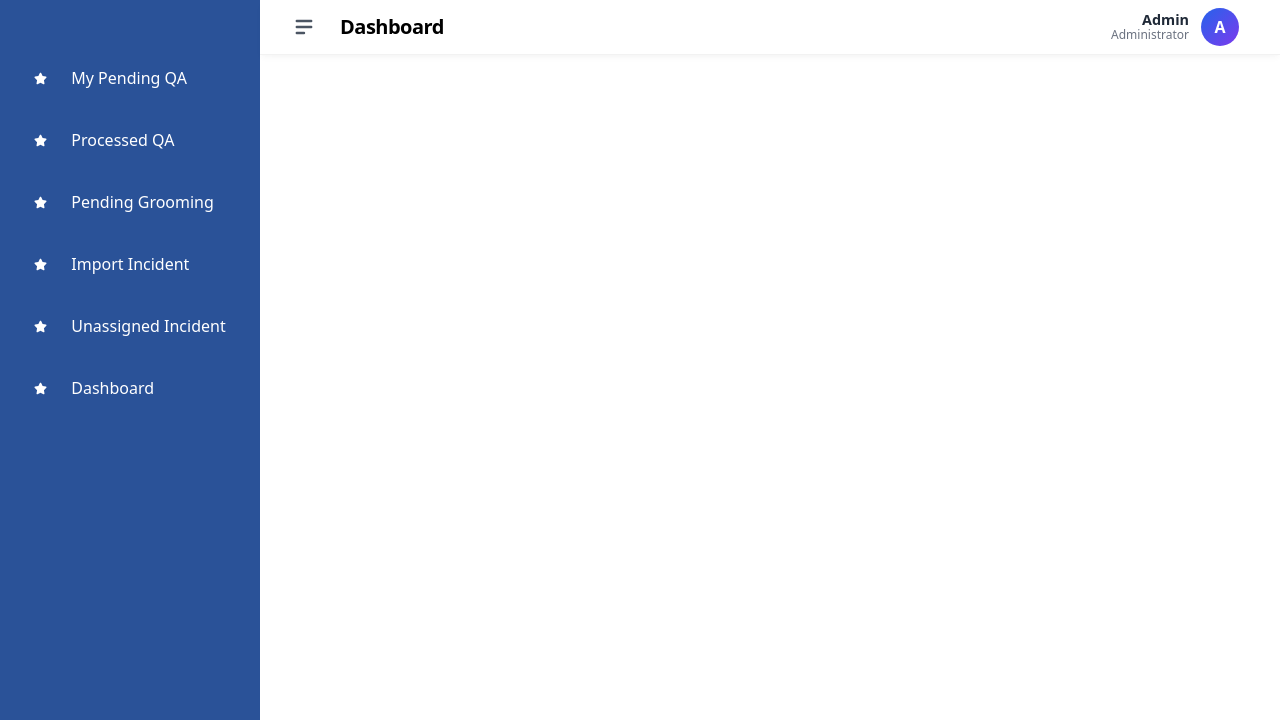
Repository: ArunGOW/ServiceNow_QA-audit
Page: /dashboard
These files come from the project's save history. The page is drawn as it stood at one moment and after the next save; the edit follows.
The browser window is 1280 px wide. The pictures show the whole page.
The project was rebuilt for these pictures with package versions that can differ from the ones it lists, and the page was loaded fresh each time. Some packages were replaced by stand-ins written for this rebuild. Also part of the build but not shown: vite.config.js, src/components/Login.jsx, src/utils/logger.jsx, src/hooks/usePendingIncidents.jsx, src/components/PendingQATable.css, src/components/tables/PendingQATable.jsx, src/components/PaginationControls.css, src/components/PaginationControls.jsx and 16 more.

Above is the page before, as saved 2026-01-14 03:51:37.

### index.html
<!doctype html>
<html lang="en">
  <head>
    <meta charset="UTF-8" />
    <link rel="icon" href="data:," />
    <meta name="viewport" content="width=device-width, initial-scale=1.0" />
    <title>QA Tool</title>
  </head>
  <body>
    <div id="root"></div>
    <script type="module" src="/src/main.jsx"></script>
  </body>
</html>

### src/main.jsx
 import React from "react";
import ReactDOM from "react-dom/client";
import { BrowserRouter } from "react-router-dom";
import App from "./App";
import 'bootstrap/dist/css/bootstrap.min.css';


ReactDOM.createRoot(document.getElementById("root")).render(
  <BrowserRouter>
    <App />
  </BrowserRouter>
);

### src/App.jsx


// src/App.jsx
import React from "react";
import { Routes, Route, Navigate } from "react-router-dom";
import Login from "./components/Login";
import Dashboard from "./components/Dashboard";
import { AuthProvider } from "./context/AuthContext";

// Pages
import PendingQAPage from "./pages/PendingQAPage";
import ProcessedQAPage from "./pages/ProcessedQAPage";
import GroomingPage from "./pages/GroomingPage";
import ImportIncidentPage from "./pages/ImportIncidentPage";
import UnassignedPage from "./pages/UnassignedPage";
import UserDashboard from "./pages/UserDashboard";
import AlluserDashboard from "./pages/AlluserDashboard";

function App() {
  return (
    <AuthProvider>
      <Routes>
        {/* Redirect root to login */}
        <Route path="/" element={<Navigate to="/login" replace />} />

        {/* Login Page */}
        <Route path="/login" element={<Login />} />

        {/* Dashboard Layout with nested routes */}
        <Route path="/dashboard" element={<Dashboard />}>
        <Route path="alluser-dashboard" element={<AlluserDashboard />} />
          <Route path="pending-qa" element={<PendingQAPage />} />
          <Route path="processed-qa" element={<ProcessedQAPage />} />
          <Route path="pending-grooming" element={<GroomingPage />} />
          <Route path="import-incident" element={<ImportIncidentPage />} />
          <Route path="unassigned-incident" element={<UnassignedPage />} />
          <Route path="user-dashboard" element={<UserDashboard />} />

        </Route>
      </Routes>
    </AuthProvider>
  );
}

export default App;

### src/components/Dashboard.jsx

// src/components/Dashboard.jsx
import { Outlet } from "react-router-dom";
import { useState } from "react";
import Sidebar from "./layout/sidebar.jsx";
import Topbar from "./layout/Topbar.jsx";

const Dashboard = () => {
  const [sidebarOpen, setSidebarOpen] = useState(true);

  return (
    <div className="d-flex">
      {/* Sidebar */}
      {sidebarOpen && <Sidebar />}

      {/* Main Content */}
      <div className="flex-grow-1">
        <Topbar onToggleSidebar={() => setSidebarOpen(!sidebarOpen)} />
        <div className="p-3">
          <Outlet /> {/* Child routes render here */}
        </div>
      </div>
    </div>
  );
};

export default Dashboard;

### src/context/AuthContext.jsx
import React, { createContext, useContext, useState, useEffect } from "react";
import api from "../api/axois"; // ✅ Axios instance (with base URL & interceptors)

// ✅ Create Authentication Context
const AuthContext = createContext();

/**
 * 🔐 AuthProvider Component
 * - Manages authentication state (user, token)
 * - Provides login and logout functions to entire app
 */
export const AuthProvider = ({ children }) => {
  const [user, setUser] = useState(null); // Stores logged-in user info

  /**
   * 🔄 useEffect: Load user from localStorage on initial app load
   * This ensures the session persists even after page refresh
   */
  useEffect(() => {
    const savedUser = localStorage.getItem("user");
    if (savedUser) {
      setUser(JSON.parse(savedUser));
    }
  }, []);

  /**
   * ✅ login() - Handles user authentication using Google email
   * @param {string} email - User's email from Google OAuth
   * @param {string} name - (Optional) User's name
   * @param {string} picture - (Optional) User's profile picture
   *
   * Steps:
   * 1. Sends email to backend for verification/login
   * 2. If successful, stores user info and token in state + localStorage
   * 3. Returns `true` if login succeeded, `false` otherwise
   */
  const login = async (email, name = "", picture = "") => {
    try {
      const res = await api.post("/users/login-google", { email });

      console.log("🔑 Backend Login Response:", res.data);

      if (res.data.status === "success") {
        const userData = {
          user_sid: res.data.user_sid,
          user_type: res.data.user_type,
          token: res.data.session_token,
          email,
          name,
          picture,
        };

        // ✅ Save user data in state and localStorage for persistence
        setUser(userData);
        localStorage.setItem("user", JSON.stringify(userData));
        localStorage.setItem("session_token", res.data.session_token);

        return true;
      }

      // If backend returns failure
      return false;
    } catch (err) {
      console.error("❌ Login error:", err.response?.data || err.message);
      return false;
    }
  };

  /**
   * 🚪 logout() - Clears user data and token from both state and localStorage
   * Used when the user logs out or session expires
   */
  const logout = () => {
    setUser(null);
    localStorage.removeItem("user");
    localStorage.removeItem("session_token");
  };

  /**
   * 💡 Provide global authentication state and methods
   * Components can use `useAuth()` hook to access these values
   */
  return (
    <AuthContext.Provider value={{ user, login, logout }}>
      {children}
    </AuthContext.Provider>
  );
};

/**
 * 🧩 Custom hook: useAuth()
 * - Simplifies access to AuthContext values
 * - Example usage: const { user, login, logout } = useAuth();
 */
export const useAuth = () => useContext(AuthContext);

### src/components/layout/sidebar.jsx
//  // src/components/layout/Sidebar.jsx
// import { NavLink } from "react-router-dom";
// import { FaStar } from "react-icons/fa";
// import "./Sidebar.css";
// import logo from "../../assets/download.png"; // Company logo

// const Sidebar = () => {
//   return (
//     <div className="sidebar">
//       {/* Logo Section */}
//       {/* <div className="logo">
//         <img src={logo} alt="eServeCloudSolutions Logo" className="logo-img" />
//       </div> */}

//       {/* Navigation Links */}
//       <nav>
//         <NavLink to="/dashboard/pending-qa" activeClassName="active">
//           <FaStar /> My Pending QA
//         </NavLink>

//         <NavLink to="/dashboard/processed-qa" activeClassName="active">
//           <FaStar /> Processed QA
//         </NavLink>

//         <NavLink to="/dashboard/pending-grooming" activeClassName="active">
//           <FaStar /> Pending Grooming
//         </NavLink>

//         <NavLink to="/dashboard/import-incident" activeClassName="active">
//           <FaStar /> Import Incident
//         </NavLink>

//         <NavLink to="/dashboard/unassigned-incident" activeClassName="active">
//           <FaStar /> Unassigned Incident
//         </NavLink>
// {/*
//         <NavLink to="/dashboard/user-dashboard" activeClassName="active">
//           <FaStar /> User Dashboard
//         </NavLink> */}
//         <NavLink to="/dashboard/alluser-dashboard" activeClassName="active">
//           <FaStar /> Dashboard
//         </NavLink>
//       </nav>
//     </div>
//   );
// };

// export default Sidebar;


// src/components/layout/Sidebar.jsx
import { NavLink } from "react-router-dom";
import { FaStar } from "react-icons/fa";
import "./Sidebar.css";
import logo from "../../assets/download.png";

const Sidebar = () => {
  return (
    <div className="sidebar">
      {/* Logo Section */}
      {/* <div className="logo-section">
        <img src={logo} alt="eServeCloudSolutions Logo" className="logo-img" />
      </div> */}

      <div className="sidebar-divider"></div>

      {/* Navigation Links */}
      <nav className="sidebar-nav">


        <NavLink to="/dashboard/pending-qa" className={({ isActive }) => isActive ? "nav-link-item active" : "nav-link-item"}>
          <FaStar className="star-icon" /> <span>My Pending QA</span>
        </NavLink>

        <NavLink to="/dashboard/processed-qa" className={({ isActive }) => isActive ? "nav-link-item active" : "nav-link-item"}>
          <FaStar className="star-icon" /> <span>Processed QA</span>
        </NavLink>

        <NavLink to="/dashboard/pending-grooming" className={({ isActive }) => isActive ? "nav-link-item active" : "nav-link-item"}>
          <FaStar className="star-icon" /> <span>Pending Grooming</span>
        </NavLink>



        <NavLink to="/dashboard/import-incident" className={({ isActive }) => isActive ? "nav-link-item active" : "nav-link-item"}>
          <FaStar className="star-icon" /> <span>Import Incident</span>
        </NavLink>

        <NavLink to="/dashboard/unassigned-incident" className={({ isActive }) => isActive ? "nav-link-item active" : "nav-link-item"}>
          <FaStar className="star-icon" /> <span>Unassigned Incident</span>
        </NavLink>

        <NavLink to="/dashboard/alluser-dashboard" className={({ isActive }) => isActive ? "nav-link-item active" : "nav-link-item"}>
          <FaStar className="star-icon" /> <span>Dashboard</span>
        </NavLink>
      </nav>
    </div>
  );
};

export default Sidebar;

### src/components/layout/Topbar.jsx
// // src/components/layout/Topbar.jsx
// import { Navbar, Nav, Dropdown, Image } from "react-bootstrap";
// import { FaBars } from "react-icons/fa";
// import { useAuth } from "../../context/AuthContext";
// import { useNavigate } from "react-router-dom";
// import "./Topbar.css";

// const Topbar = ({ onToggleSidebar }) => {
//   const { logout, user } = useAuth();
//   const navigate = useNavigate();

//   // Handle user logout
//   const handleLogout = () => {
//     logout();
//     navigate("/login");
//   };

//   return (
//     <Navbar bg="light" expand="lg" className="shadow-sm px-3">
//       {/* Sidebar Toggle */}
//       <FaBars
//         className="me-3"
//         style={{ cursor: "pointer", fontSize: "1.5rem" }}
//         onClick={onToggleSidebar}
//       />

//       {/* Title */}
//       <Navbar.Brand className="fw-bold">Dashboard</Navbar.Brand>

//       {/* User Menu */}
//       <Nav className="ms-auto">
//         <Dropdown align="end">
//           <Dropdown.Toggle
//             variant="light"
//             id="dropdown-basic"
//             className="d-flex align-items-center"
//           >
//             {user?.picture && (
//               <Image
//                 src={user.picture}
//                 alt="Profile"
//                 roundedCircle
//                 width="32"
//                 height="32"
//                 className="me-2"
//               />
//             )}
//             <span>{user?.name || user?.email || "Admin"}</span>
//           </Dropdown.Toggle>

//           <Dropdown.Menu>
//             <Dropdown.Item disabled>
//               {user?.email || "No email"}
//             </Dropdown.Item>
//             <Dropdown.Divider />
//             <Dropdown.Item onClick={handleLogout}>Logout</Dropdown.Item>
//           </Dropdown.Menu>
//         </Dropdown>
//       </Nav>
//     </Navbar>
//   );
// };

// export default Topbar;


import { Navbar, Nav, Dropdown, Image } from "react-bootstrap";
import { HiMenuAlt2 } from "react-icons/hi"; // A more modern "Bars" icon
import { FiLogOut, FiUser, FiSettings } from "react-icons/fi"; // Premium line icons
import { useAuth } from "../../context/AuthContext";
import { useNavigate } from "react-router-dom";
import "./Topbar.css";

const Topbar = ({ onToggleSidebar }) => {
  const { logout, user } = useAuth();
  const navigate = useNavigate();

  const handleLogout = () => {
    logout();
    navigate("/login");
  };

  return (
    <Navbar className="topbar-custom px-4">
      {/* Left Section: Toggle & Title */}
      <div className="d-flex align-items-center">
        <div className="sidebar-toggle-btn me-3" onClick={onToggleSidebar}>
          <HiMenuAlt2 size={24} />
        </div>
        <Navbar.Brand className="brand-text d-none d-sm-block">
          Dashboard
        </Navbar.Brand>
      </div>

      {/* Right Section: User Menu */}
      <Nav className="ms-auto">
        <Dropdown align="end">
          <Dropdown.Toggle id="dropdown-user-profile" className="profile-dropdown-toggle">
            <div className="user-info-wrapper">
              <div className="user-text-meta d-none d-md-flex">
                <span className="user-name">{user?.name || "Admin"}</span>
                <span className="user-role">Administrator</span>
              </div>
              <div className="avatar-container">
                {user?.picture ? (
                  <Image src={user.picture} roundedCircle className="profile-img" />
                ) : (
                  <div className="avatar-placeholder">
                    {(user?.name || "A").charAt(0)}
                  </div>
                )}
              </div>
            </div>
          </Dropdown.Toggle>

          <Dropdown.Menu className="profile-dropdown-menu shadow-lg border-0 mt-2">
            <div className="dropdown-header-custom px-3 py-2">
              <p className="mb-0 small text-muted">Signed in as</p>
              <p className="mb-0 fw-bold">{user?.email || "admin@example.com"}</p>
            </div>
            <Dropdown.Divider />
            <Dropdown.Item className="py-2"><FiUser className="me-2" /> Profile</Dropdown.Item>
            <Dropdown.Item className="py-2"><FiSettings className="me-2" /> Settings</Dropdown.Item>
            <Dropdown.Divider />
            <Dropdown.Item onClick={handleLogout} className="py-2 text-danger">
              <FiLogOut className="me-2" /> Logout
            </Dropdown.Item>
          </Dropdown.Menu>
        </Dropdown>
      </Nav>
    </Navbar>
  );
};

export default Topbar;

### src/api/axois.jsx
 // src/api/axios.js
import axios from "axios";

 // src/api/axios.js
const api = axios.create({
  baseURL: "http://18.130.235.113:8010/api",
  headers: {
    "Content-Type": "application/json",
  },
});


// 🔑 Attach token automatically to every request
api.interceptors.request.use(
  (config) => {
    const token = localStorage.getItem("session_token"); // token stored at login
    if (token) {
      config.headers.Authorization = `Bearer ${token}`;
    }
    return config;
  },
  (error) => Promise.reject(error)
);

export default api;

### src/components/layout/Sidebar.css
/* src/components/layout/Sidebar.css */
.sidebar {
  height: 870px;
  width: 250px;
  background-color: #2c3e97; /* Deep Blue */
  color: white;
  display: flex;
  flex-direction: column;
  padding: 20px;
   align-items: center;
}



.logo {
  margin-bottom: 30px;
}

.logo-img {
  width:100%; /* Your requested resolution */
  height: auto;
  object-fit: contain;
}


.sidebar .logo {
  font-size: 1.8rem;
  font-weight: bold;
  text-align: center;
  margin-bottom: 40px;
}

.sidebar nav {
  display: flex;
  flex-direction: column;
  gap: 12px;
}

.sidebar a {
  display: flex;
  align-items: center;
  gap: 12px;
  padding: 10px 15px;
  text-decoration: none;
  color: white;
  font-size: 1rem;
  border-radius: 6px;
  transition: all 0.3s ease;
  white-space: nowrap;
}

.sidebar a:hover {
  background-color: rgba(255, 255, 255, 0.15);
}

.sidebar a.active {
  background-color: white;
  color: #2c3e97;
  font-weight: bold;
}

.sidebar hr {
  border: none;
  border-top: 1px solid rgba(255, 255, 255, 0.2);
  margin: 15px 0;
}


/* Sidebar Main - Using your original background style */
.sidebar {
  width: 260px;
  height: 100vh;
  background-color: #2a5298; /* Reverted to your original blue */
  padding: 20px 15px;
  display: flex;
  flex-direction: column;
  position: sticky;
  top: 0;
  color: white;
}

.logo-section {
  text-align: center;
  padding-bottom: 20px;
}

.logo-img {
  max-width: 160px;
  height: auto;
  /* If your logo is dark, this makes it white for the blue background */
  filter: brightness(0) invert(1);
}

.sidebar-divider {
  height: 1px;
  background: rgba(255, 255, 255, 0.1);
  margin: 10px 0 25px 0;
}

.nav-group-label {
  font-size: 10px;
  font-weight: 800;
  color: rgba(255, 255, 255, 0.5);
  letter-spacing: 1.2px;
  padding-left: 15px;
  margin-bottom: 8px;
  text-transform: uppercase;
}

/* Nav Item Styling */
.nav-link-item {
  display: flex;
  align-items: center;
  text-decoration: none;
  color: rgba(255, 255, 255, 0.8);
  padding: 12px 18px;
  border-radius: 10px;
  margin-bottom: 6px;
  font-size: 14px;
  font-weight: 500;
  transition: all 0.25s ease;
}

.star-icon {
  margin-right: 12px;
  font-size: 13px;
  transition: transform 0.2s ease;
}

/* Hover Effect */
.nav-link-item:hover {
  background-color: rgba(255, 255, 255, 0.1);
  color: #ffffff;
  transform: translateX(5px);
}

.nav-link-item:hover .star-icon {
  color: #ffcc00; /* Star turns gold on hover */
  transform: scale(1.2);
}

/* ✅ Premium Active State */
.nav-link-item.active {
  background-color: #ffffff !important;
  color: #2a5298 !important; /* Text turns to your original blue */
  font-weight: 700;
  box-shadow: 0 4px 12px rgba(0, 0, 0, 0.15);
}

.nav-link-item.active .star-icon {
  color: #2a5298 !important;
}

/* Optional: Custom scrollbar for a clean look */
.sidebar::-webkit-scrollbar {
  width: 4px;
}
.sidebar::-webkit-scrollbar-thumb {
  background: rgba(255, 255, 255, 0.2);
  border-radius: 10px;
}

### src/components/layout/Topbar.css
/* src/components/layout/Topbar.css */
.topbar {
  display: flex;
  align-items: center;
  justify-content: space-between;
  background: #ffffff;
  padding: 10px 20px;
  border-bottom: 1px solid #e5e7eb;
  box-shadow: 0px 2px 6px rgba(0, 0, 0, 0.05);
  position: sticky;
  top: 0;
  z-index: 1000;
}

.topbar .menu-icon {
  font-size: 1.5rem;
  cursor: pointer;
  color: #2c3e97;
}

.topbar .brand {
  font-size: 1.3rem;
  font-weight: bold;
  color: #2c3e97;
}

.topbar .user-dropdown .dropdown-toggle {
  background: transparent;
  border: none;
  font-weight: 500;
  color: #2c3e97;
  box-shadow: none !important;
}

.topbar .user-dropdown .dropdown-menu {
  border-radius: 8px;
  box-shadow: 0px 2px 8px rgba(0, 0, 0, 0.15);
}


/* Container styling */
.topbar-custom {
  background: rgba(255, 255, 255, 0.95) !important;
  backdrop-filter: blur(10px);

  /* This creates the premium "Floating" feel */
  border-bottom: 1px solid rgba(0, 0, 0, 0.05);
  box-shadow: 0 4px 6px -1px rgba(0, 0, 0, 0.03),
              0 2px 4px -1px rgba(0, 0, 0, 0.02);

  height: 55px;
  position: sticky;
  top: 0;
  z-index: 1000;
  transition: box-shadow 0.3s ease;
}

/* Optional: Add a stronger shadow when the user scrolls */
.topbar-custom.scrolled {
  box-shadow: 0 10px 15px -3px rgba(0, 0, 0, 0.07);
}

/* Sidebar Toggle */
.sidebar-toggle-btn {
  color: #4b5563;
  cursor: pointer;
  padding: 8px;
  border-radius: 8px;
  transition: all 0.2s;
  display: flex;
  align-items: center;
  justify-content: center;
}

.sidebar-toggle-btn:hover {
  background: #f3f4f6;
  color: #2563eb;
}

/* Brand Text */
.brand-text {
  font-weight: 700;
  color: #111827;
  letter-spacing: -0.5px;
  font-size: 1.25rem;
}

/* Profile Dropdown Toggle - removes the caret arrow */
.profile-dropdown-toggle::after {
  display: none !important;
}

.profile-dropdown-toggle {
  background: transparent !important;
  border: none !important;
  padding: 0;
}

.user-info-wrapper {
  display: flex;
  align-items: center;
  gap: 12px;
  padding: 5px 5px 5px 12px;
  border-radius: 50px;
  transition: background 0.2s;
}

.user-info-wrapper:hover {
  background: #f9fafb;
}

/* Avatar Styling */
.profile-img {
  width: 38px;
  height: 38px;
  object-fit: cover;
  border: 2px solid #fff;
  box-shadow: 0 0 0 1px #e5e7eb;
}

.avatar-placeholder {
  width: 38px;
  height: 38px;
  background: linear-gradient(135deg, #2563eb, #7c3aed);
  color: white;
  display: flex;
  align-items: center;
  justify-content: center;
  border-radius: 50%;
  font-weight: bold;
}

/* Text Meta */
.user-text-meta {
  flex-direction: column;
  align-items: flex-end;
  line-height: 1.2;
}

.user-name {
  font-size: 0.9rem;
  font-weight: 600;
  color: #1f2937;
}

.user-role {
  font-size: 0.75rem;
  color: #6b7280;
}

/* Dropdown Menu */
.profile-dropdown-menu {
  border-radius: 12px;
  overflow: hidden;
  min-width: 220px;
}

After the next save:
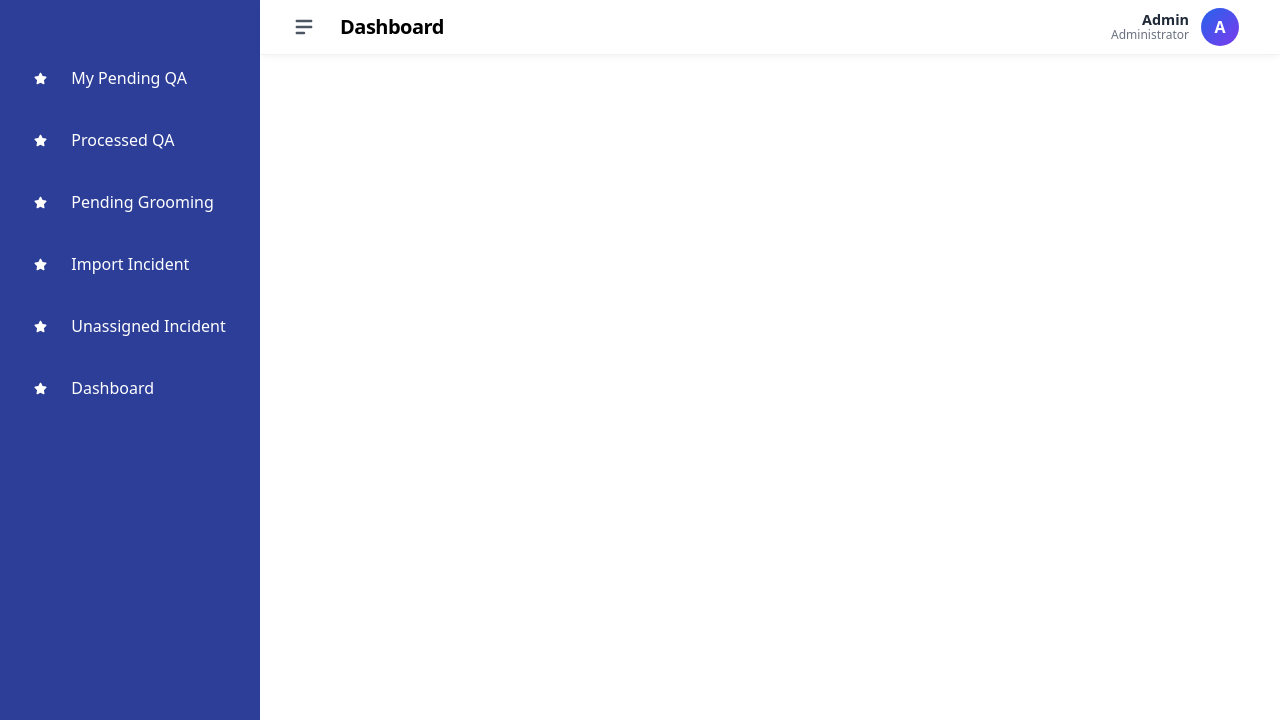
Saved 96 s later.
--- a/src/components/layout/Sidebar.css
+++ b/src/components/layout/Sidebar.css
@@ -70,7 +70,7 @@
 .sidebar {
   width: 260px;
   height: 100vh;
-  background-color: #2a5298; /* Reverted to your original blue */
+  background-color:#2c3e97; /* Reverted to your original blue */
   padding: 20px 15px;
   display: flex;
   flex-direction: column;
